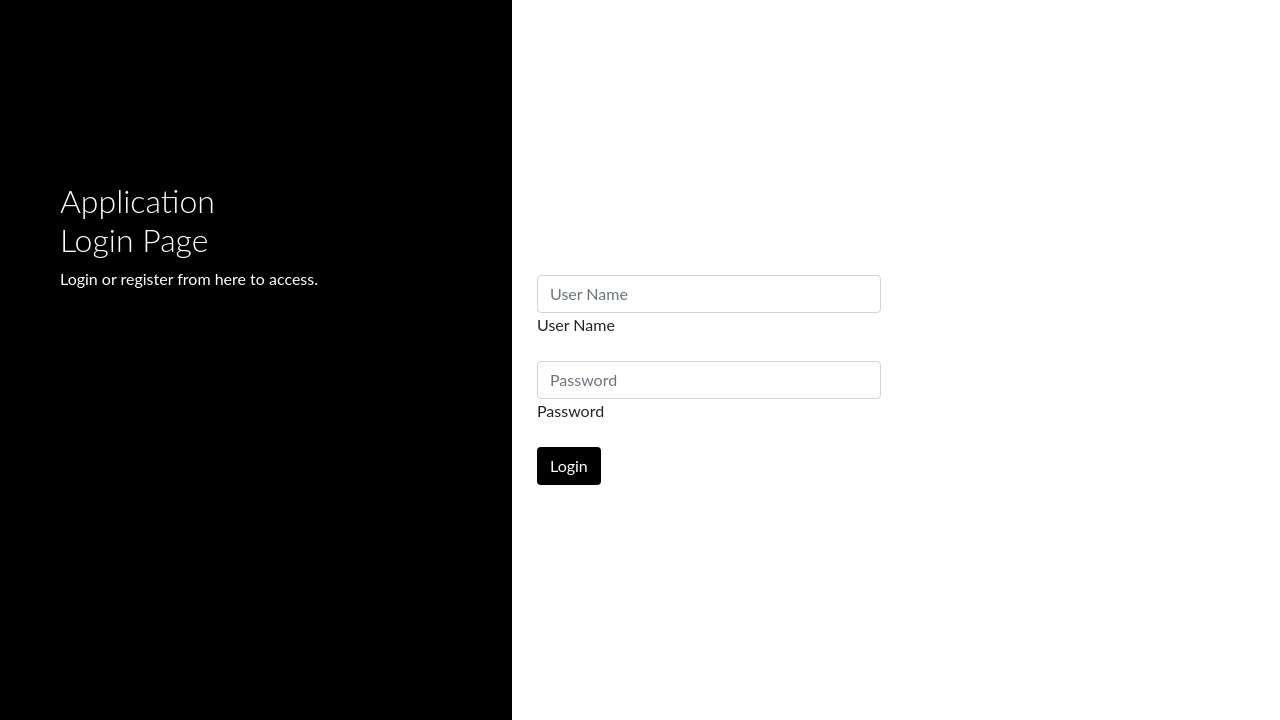
Repository: cheez0909/JSP
Page: http://localhost/1103/session/EX/Login.jsp
An editor plug-in stored every save of this project. The page is shown before and after the next save, followed by the edit.
The browser window is 1280 px wide. The pictures show the whole page.
Some web libraries are served in a nearby version. The page is served by Tomcat 9.

Above is the page before, as saved 2023-11-09 01:18:22.
Console error: TypeError: Cannot read properties of undefined (reading 'fn')

After the next save:
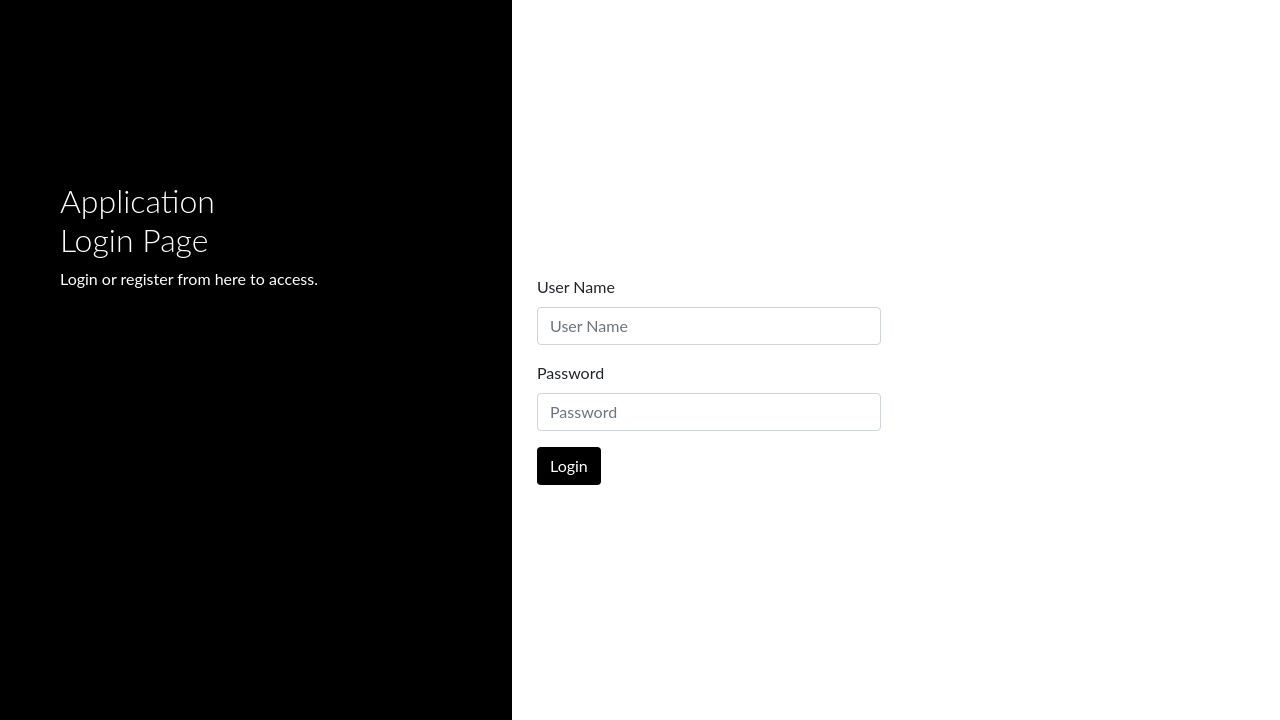
Saved 12 s later.
--- a/1103/src/main/webapp/session/EX/Login.jsp
+++ b/1103/src/main/webapp/session/EX/Login.jsp
@@ -45,12 +45,12 @@ body {font-family: "Lato", sans-serif;}
 		<div class="login-form">
 			<form action="loginProcess" method="post" name="loginFrm">
 				<div class="form-group">
+					<label for="id">User Name</label>
 					<input type="text" id="id" class="form-control" placeholder="User Name" name="id">
-					<label for="id">User Name</label>
 				</div>
 				<div class="form-group">
+					<label for="pw">Password</label>
 					<input type="password" id="pw" class="form-control" placeholder="Password" name="pw">
-					<label for="pw">Password</label>
 				</div>
 
 				<button type="submit" class="btn btn-black">Login</button>
